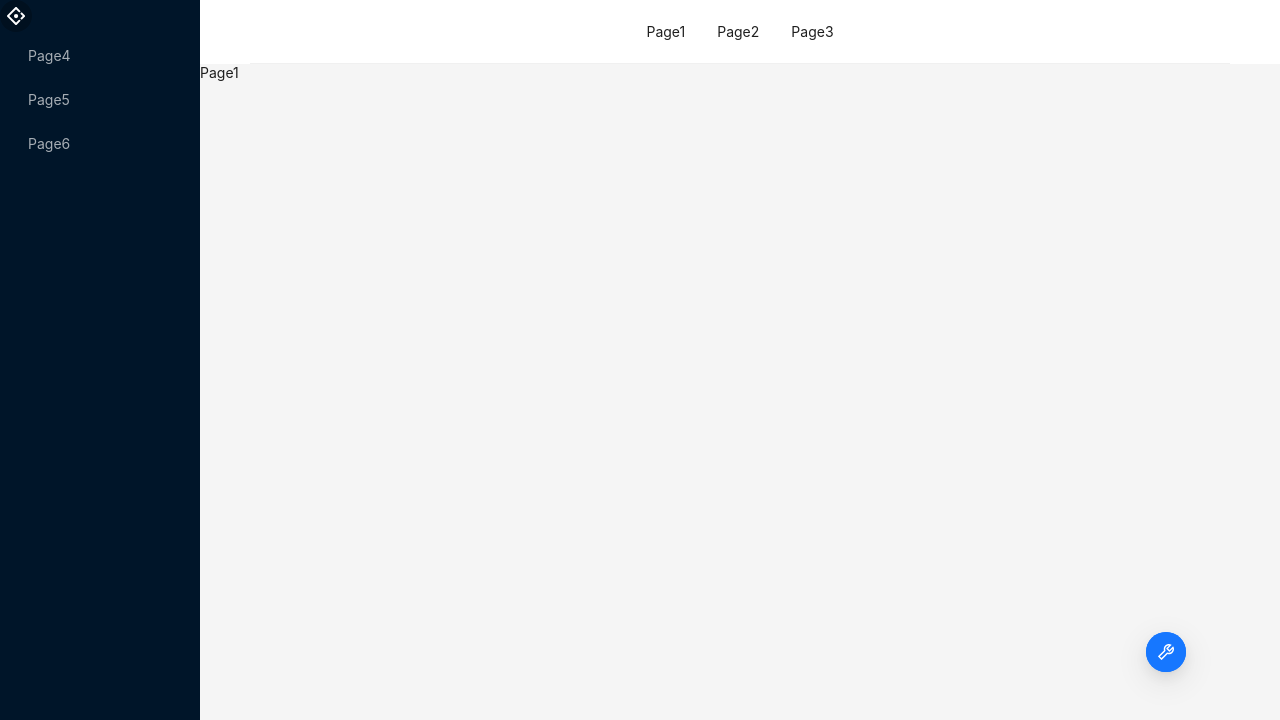
Repository: BESTETURKMEN/e-commerce
Page: /#/
These files come from the project's save history. The page is drawn as it stood at one moment and after the next save; the edit follows.
The browser window is 1280 px wide. The pictures show the whole page.
The project was rebuilt for these pictures with package versions that can differ from the ones it lists, and the page was loaded fresh each time. Also part of the build but not shown: webpack.config.js, src/pages/page2.jsx, src/pages/page3.jsx, src/pages/page6.jsx. Imported but missing from the stored project, and not drawn on this page: src/pages/page4, src/pages/page5.

Above is the page before, as saved 2023-08-21 11:22:03.

After the next save:
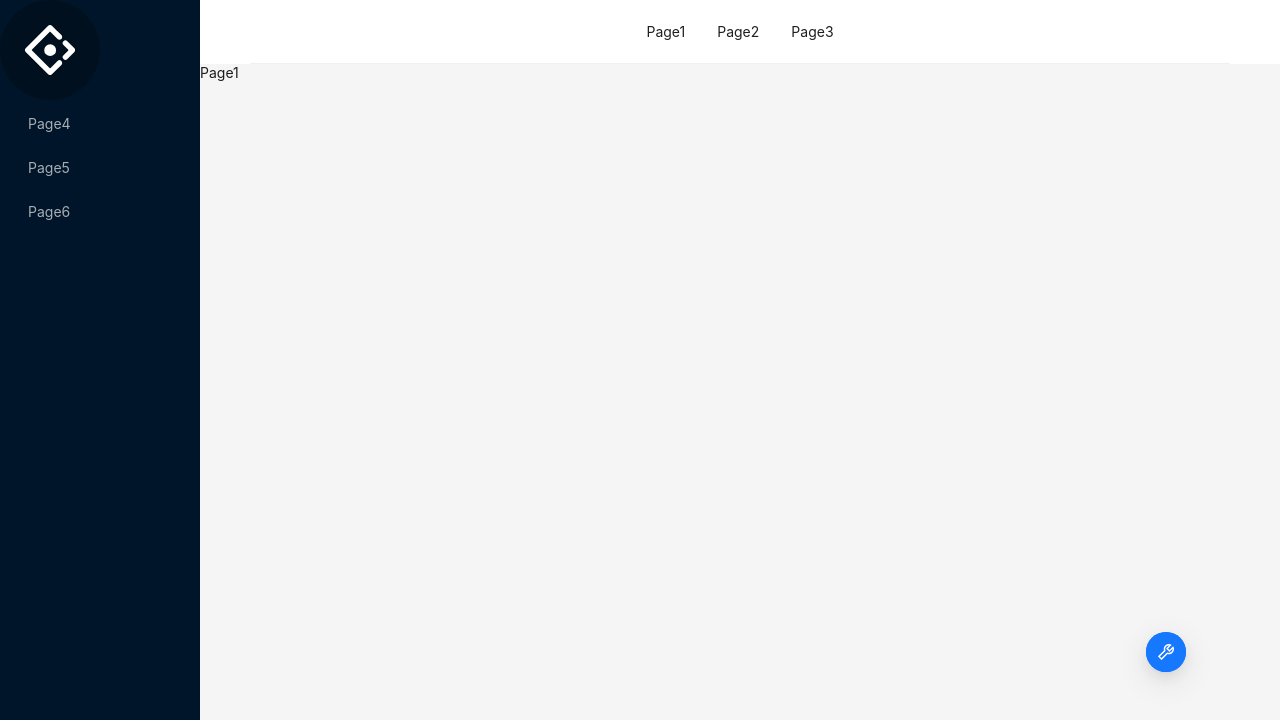
Saved 13 s later.
--- a/src/layout/sider.jsx
+++ b/src/layout/sider.jsx
@@ -25,7 +25,7 @@ export default function Sider() {
   return (
     <div className="sider">
       <div className="avatar">
-        <Avatar size={{ lg: 64 }} icon={<AntDesignOutlined />} />
+        <Avatar size={100} icon={<AntDesignOutlined />} />
       </div>
       <div className="siderMenu">
         <Menu theme="dark" mode="inline">
